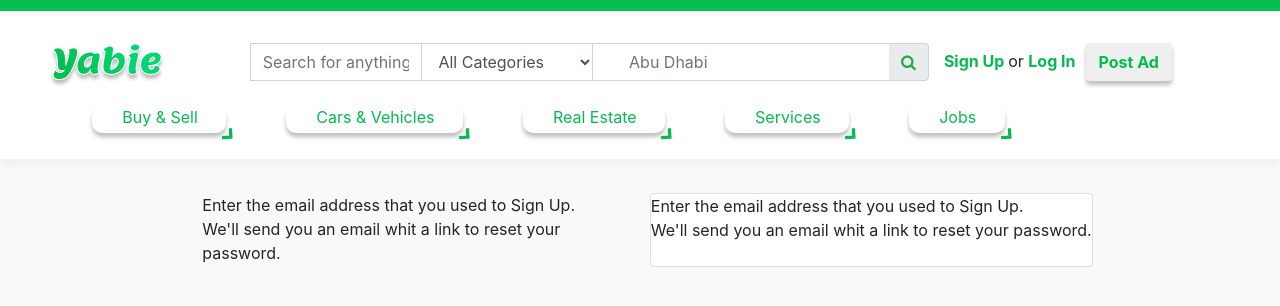
Repository: muazzamkha95/yabie
Page: forgot-password.html
The author's editor kept a copy of each file at every save. The page is drawn from the files as they stood at one save, then again after the next save.
The browser window is 1280 px wide. The pictures show the whole page.

Above is the page before, as saved 2020-07-09 15:54:02.
Console error: TypeError: Cannot read properties of undefined (reading 'fn')

### forgot-password.html
<!DOCTYPE html>
<html lang="en">
<head>
    <meta charset="UTF-8">
    <meta name="viewport" content="width=device-width, initial-scale=1.0">
    <title>SignUp Page</title>

    <link rel="stylesheet" href="https://maxcdn.bootstrapcdn.com/bootstrap/4.0.0/css/bootstrap.min.css" integrity="sha384-Gn5384xqQ1aoWXA+058RXPxPg6fy4IWvTNh0E263XmFcJlSAwiGgFAW/dAiS6JXm" crossorigin="anonymous">
    <link rel="stylesheet" href="https://stackpath.bootstrapcdn.com/font-awesome/4.7.0/css/font-awesome.min.css" integrity="sha384-wvfXpqpZZVQGK6TAh5PVlGOfQNHSoD2xbE+QkPxCAFlNEevoEH3Sl0sibVcOQVnN" crossorigin="anonymous">
    <link href="css/main.css"  rel="stylesheet"></link>


</head>
<body>
        <div class="topBar"></div>
        <nav class="navbar">
            <div class="maincontainer">
                <div class="row">
                        <div class="col-md-2">
                            <img src="images/YabieLogo.png" alt="Yabie Logo" class="logo"/>
                        </div>
                        <div class="col-md-7">
                            <form class="form-inline" action="#">
                                <div class="input-group">
                                    <input type="text" class="form-control" placeholder="Search for anything" required>
                                    <select class="form-control border-right-0" required>
                                        <option>All Categories</option>
                                        <option value="a">A</option>
                                        <option value="b">B</option>
                                    </select>
                                    <div class="input-group">
                                        <div class="input-group-append">
                                            <span class="input-group-text bg-white text-success border-right-0"><i class="fa fa-map-marker-alt"></i></span>
                                        </div>
                                        <input type="text" class="form-control border-left-0 border-right-0" placeholder="Abu Dhabi" required>
                                        <div class="input-group-append">
                                            <button type="submit" class="input-group-text"><i class="fa fa-search text-success"></i></button>
                                        </div>
                                    </div>
                                </div>
                            </form>
                        </div>
                        <div class="col-md-3" >
                            <div class="row text-center">
                                <span style="padding-top: 6px;">
                                    <span class="btext"> Sign Up </span>  or <span class="btext">Log In</span>
                                </span>

                                <button class="btn btn-default btext pull-right boxshadow" style="margin-left: 10px;">Post Ad</button>
                            </div>
                        </div>

                </div>
                <div class="row mt-3" >
                    <span class="categoryTab">Buy & Sell <i class="keyboard_arrow_down_24px_rounded fa fa-chevron-right "></i></span>
                    <span class="categoryTab">Cars & Vehicles  <i class="keyboard_arrow_down_24px_rounded fa fa-chevron-right "></i></span>
                    <span class="categoryTab">Real Estate <i class="keyboard_arrow_down_24px_rounded fa fa-chevron-right "></i></span>
                    <span class="categoryTab">Services <i class="keyboard_arrow_down_24px_rounded fa fa-chevron-right "></i></span>
                    <span class="categoryTab">Jobs <i class="keyboard_arrow_down_24px_rounded fa fa-chevron-right "></i></span>
                </div>
            </div>
        </nav>

        <main  role="main" class="mainSection">
            <div class="container d-flex justify-content-center" >
                    <div class="col-md-5">
                        Enter the email address that you used to Sign Up.<br> We'll send you an email whit a link to reset your password.
                    </div>
                    <div class="card">
                        Enter the email address that you used to Sign Up.<br> We'll send you an email whit a link to reset your password.
                        <div class="row">
                            <div class="col-md-2">
                                <i class="fa fa-back"></i>
                            </div>
                            <div class="col-md-10">

                            </div>
                        </div>
                    </div>
            </div>

        </main>


</body>
<script src="https://maxcdn.bootstrapcdn.com/bootstrap/4.0.0/js/bootstrap.min.js" integrity="sha384-JZR6Spejh4U02d8jOt6vLEHfe/JQGiRRSQQxSfFWpi1MquVdAyjUar5+76PVCmYl" crossorigin="anonymous"></script>
<script src="js/main.js" type="text/javascript"></script>
</html>

### css/main.css
/* Body */
*{
    padding: 0;
    margin: 0;
}
body{
    background: #F8F9F9;

}
a{
    color: #04BC4E;
    text-decoration: none;
    font-weight: bold;
}
a:hover{
    color: ;
}

/* Main navbar css */

.topBar{

    position: absolute;
    width: 100%;
    height: 11px;
    left: 0px;
    top: 0px;

    background: linear-gradient(180deg, #04BC4E 0%, #15D57B 537.5%);
}


nav{
    position: absolute;
    width: 100%;
    height: 143px;
    left: 0px;
    top: 16px;
    background: #FFFFFF;
    box-shadow: 0px 6px 6px rgba(219, 214, 214, 0.25);
    padding-top: 20px;
}

.maincontainer{
    width: 95%;
    margin-left:auto;
    margin-right: auto;
}

.logo{
    height: 100;
}
.btext{
    font-weight: bold;
    color: #04BC4E;
}
.light-text{
    color:lightgray;
}
.light-note-text{
    font-size: 12px;
    color:lightgray;
}

.boxshadow{
    box-shadow: 0px 4px 4px rgba(0, 0, 0, 0.25);
}

.categoryTab{
    display: inline;
    box-shadow: 0px 4px 4px rgba(0, 0, 0, 0.25);
    background-color: #FFFFFF;
    color: #04BC4E;
    border-radius: 10px;
    margin-left: 60px;
    padding-left: 30px;


}
.keyboard_arrow_down_24px_rounded{
    position: relative;
    width: 24px;
    height: 24px;
    left:17px;
    top: 22px;
    transform: rotate(41.5deg);

}

/* Main section  */

.mainSection{
    width: 90%;
    margin-left: auto;
    margin-right: auto;
    margin-top: 50px;



}


.sectionTitle{

    font-family:sans-serif;
    font-style: normal;
    font-weight: 500;
    font-size: 24px;
    line-height: 29px;

    color: #3E4153;
}
.sectionSeeAll{
    color: #04BC4E;
    margin-right: 20px;
}
/* Ad card  */

.adcard{
    background: #FFFFFF;
    padding: 10px;
    margin-right: 21.85px;
    width: 177px;
}
.adTitle{
    font-family: sans-serif;
    font-style: normal;
    font-weight: bold;
    font-size: 16px;
    line-height: 19px;
    color: #000000;
    margin-top: 20px;
}
.adPrice{
    position: relative;
    width: 81px;
    height: 33px;
    left: -160px;
    top: 60px;
    padding: 5px;

    background: #4F4A4A;
    mix-blend-mode: hard-light;
    border-radius: 0px 10px 10px 0px;
    z-index: 999;
}

/* Login Page */

.mainSectionLogin{

    height: 100vh;
    background: linear-gradient(257.12deg, #04BC4E 56.95%, #15D57B 84.28%);
}
.login-btn{
    width: 100%;
    background-color:  #04BC4E;
    color: white;
    font-weight: bold;
}

input{
    border-radius: 0 !important;
    /* margin: 40px 0px 40px 0px; */
}

/* Email Confirmation Page */
.confirm-head{
    background: linear-gradient(180deg, #04BC4E 15.92%, #15D57B 113.67%);
    height: 87px;
}
.confirm-body{
    background:#FFFFFF;
    height: 60vh;
    padding: 50px 20px 50px 20px;
}

.confirm-head > h2{
    color: white;
    padding-top: 20px;
}

Loaded but not shown: js/main.js (no stored copy; drawn as an empty file)

After the next save:
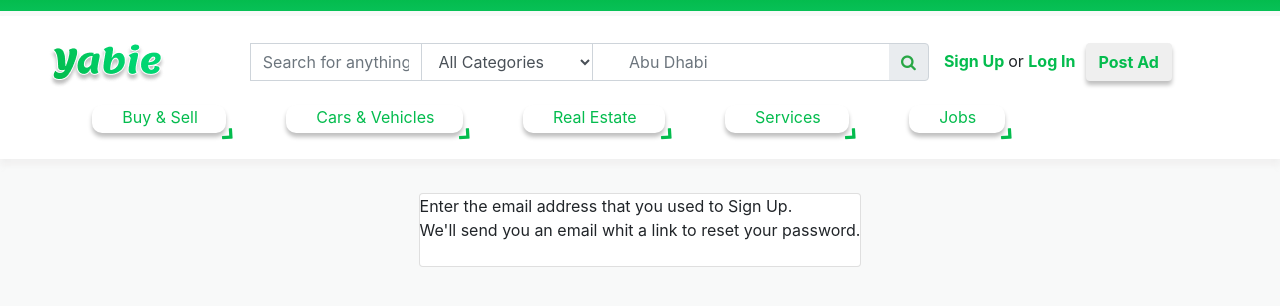
Saved 6 s later.
--- a/forgot-password.html
+++ b/forgot-password.html
@@ -63,9 +63,7 @@
 
         <main  role="main" class="mainSection">
             <div class="container d-flex justify-content-center" >
-                    <div class="col-md-5">
-                        Enter the email address that you used to Sign Up.<br> We'll send you an email whit a link to reset your password.
-                    </div>
+
                     <div class="card">
                         Enter the email address that you used to Sign Up.<br> We'll send you an email whit a link to reset your password.
                         <div class="row">
